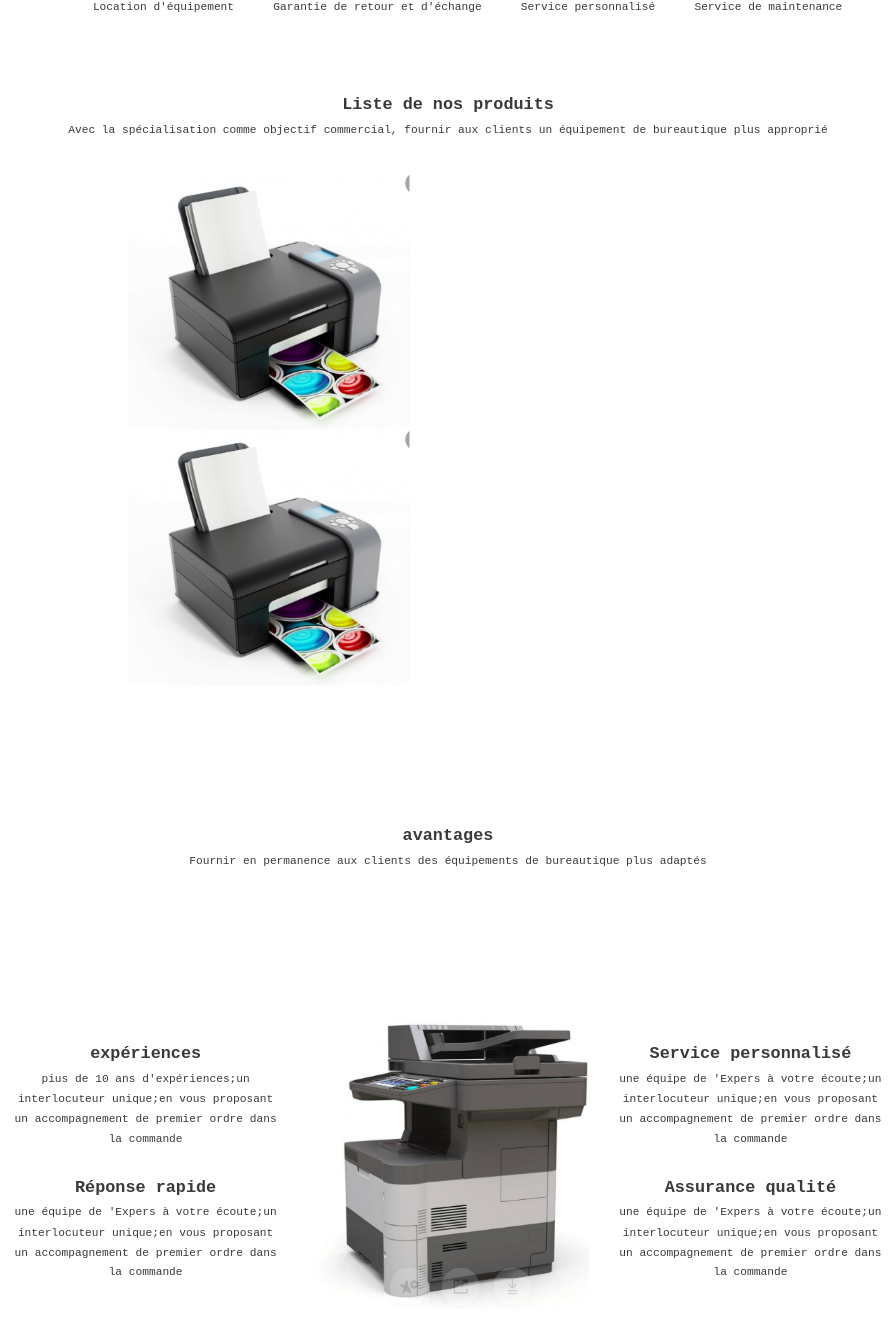
Repository: clairedupuich/sv_print
Page: index.html
These files come from the project's save history. The page is drawn as it stood at one moment and after a run of saves; the edit follows.
The browser window is 1280 px wide. The pictures show the part of the page from y = 840 to 2760 px (the page is 4627 px tall before and 4695 px after), at 70% of full size.

Above is the page before, as saved 2020-12-02 23:03:13.
Console error: TypeError: Cannot read properties of null (reading 'appendChild')

### index.html
<!doctype html>
<html>
<head>
  <meta charset="utf-8">
  <meta name="viewport"
        content="width=device-width, initial-scale=1, user-scalable=no">
<title>SV Print</title>

<link href="style.css" rel="stylesheet" type="text/css">
<script src="print.js" type="text/javascript"></script>
</head>
<body>
<header id="fh5co-header">




  <div class="logo_nav"id="logo_nav">
    <img src="img/logo4.png" alt="SV Print" class="logo" />
     <div class="nav_tele">
      <div class="tel">
        <img src="img/call.png" class="margin-small-right"
        alt="" />tele graduite：0606060606</div>
    <ul class="nav nav-menu nav-inline nav-split nav-right text-big">
      <li id="liHome" class="home"> <a href="">ACCEUILLE</a></li>
      <li id="liabout-us" class="dropdown"><a href="">QUI SOMME NOUS</a></li>
      <li id="liproducts" class="dropdown"><a href="">ECOLOGIE</a></li>
      <li class="side_nav1" id="cat1"><a href="">POURQUOI NOUS</a></li>
      <li class="side_nav1" id="cat2"><a href="">CONSEILS ET ASTUCES</a></li>
    </ul>
    </div>
  </div>
</header>



    <div id="view">
      <ul id="img_list">
        <li id="slider1" class="owl-item"><img src="img/img_slider_1.png" class="img_slider" alt=""></li>
        <ul class="boutton_change">
          <a href="#slider5"><li><b> < </b></li></a>
          <a href="#slider2"><li><b> > </b></li></a>
        </ul>
        <li id="slider2" class="owl-item"><img src="img/Group 4.png" alt="" class="img_slider"></li>
        <ul class="boutton_change">
          <a href="#slider1"><li><b> < </b></li></a>
          <a href="#slider3"><li><b> > </b></li></a>
        </ul>
        <li id="slider3" class="owl-item"><img src="img/img_slider_31.png" alt="" class="img_slider"></li>
        <ul class="boutton_change">
          <a href="#slider2"><li><b> < </b></li></a>
          <a href="#slider4"><li><b> > </b></li></a>
        </ul>
        <li id="slider4" class="owl-item"><img src="img/promo.png" alt="" class="img_slider"></li>
        <ul class="boutton_change">
          <a href="#slider3"><li><b> < </b></li></a>
          <a href="#slider4"><li><b> > </b></li></a>
        </ul>
      </ul>
    </div>

<div class="blankbig"></div>
<!-- 临时图片 -->
<div class="img_big">
  <h3>Notre philosophie</h3>
  <p>"Ne vous plaignez jamais du client à caractère difficile car il est la caust de vos progrès"<br><br>Auguste Detoeuf</p>
</div>



<div id="fh5co-about-us">
  <div class="container">

				<div class="line-big">
					<div class="text-center">

							<div class="media-img"><img src="img/webdesign_1.png" alt="" /></div>
							<p class="padding-big-top">Location d'équipement</p>

					</div>
					<div class="text-center">

							<div class="media-img"><img src="img/webdesign_2.png" alt="" /></div>
							<p class="padding-big-top">
                Garantie de retour et d'échange<br /></p>

					</div>

					<div class="text-center">
							<div class="media-img"><img src="img/webdesign_3.png" alt="" /></div>
							<p class="padding-big-top">Service personnalisé</p>

					</div>
					<div class="text-center">

							<div class="media-img"><img src="img/webdesign_4.png" alt="" /></div>
							<p class="padding-big-top">
                Service de maintenance</p>

					</div>
				</div>
			</div></div>
<div class="blankbig"></div>
<div id="fh5co-content_show">
  <div class="container">
    <div class="line">
        <h2 class="full-screen-en-title">Liste de nos produits</h2>
        <p class="text-big padding-big-top">Avec la spécialisation comme objectif commercial, fournir aux clients un
          équipement de bureautique plus approprié</p>
    </div>


  <img src="img/Capture d’écran du 2020-11-30 22-51-18.png" alt="" class="produit_list">
  <div class="absolut">
    <p></p>
  </div>
  <img src="img/Capture d’écran du 2020-11-30 22-51-18.png" alt="" class="produit_list">
  <div class="absolut">
    <p></p>

</div>

<!-- 优势 -->

					<div class="avantages">
						<h2 class="full-screen-en-title"> avantages</h2>
						<p class="text-big padding-big-top">
              Fournir en permanence aux clients des équipements de bureautique plus adaptés</p>
					</div>
        <div class="avantages_contente">
          <div class="text_left">
            <div class="text1">
            <h3>expériences</h3>
            <p>pius de 10 ans d'expériences;un interlocuteur unique;en vous proposant un accompagnement de premier ordre dans la commande</p>
            </div>
            <div class="text2">
              <h3>Réponse rapide</h3>
              <p>une équipe de 'Expers à votre écoute;un interlocuteur unique;en vous proposant un accompagnement de premier ordre dans la commande</p>
            </div>
          </div>
          <div><img src="img/Capture d’écran du 2020-11-30 22-49-31.png"></div>
          <div class="text_right">
            <div class="text3">
              <h3>
                Service personnalisé</h3>
              <p>une équipe de 'Expers à votre écoute;un interlocuteur unique;en vous proposant un accompagnement de premier ordre dans la commande</p>
            </div>
            <div class="text4">
              <h3>Assurance qualité</h3>
                <p>une équipe de 'Expers à votre écoute;un interlocuteur unique;en vous proposant un accompagnement de premier ordre dans la commande</p>

            </div>
          </div>
        </div>






<!-- 客户案例 -->
						<div class="x12 text-center padding-top">
							<h2 class="full-screen-en-title">Cas client</h2>
							<p class="text-big padding-big-top margin-large-bottom">on est plus professionnel car on est assez concentré!</p>
						</div>
					<div class="client_logo">
            <img src="img/saint-louis-recouvrement.jpg.webp" alt="" class="logo_client">
            <img src="img/levis.jpg.webp" alt="" class="logo_client">
            <img src=" img/technigaz.jpg.webp" alt="" class="logo_client">
            <img src="img/xia.jpg.webp" alt="" class="logo_client">
            <img src="img/xia.jpg.webp" alt="" class="logo_client">
            <img src="img/xia.jpg.webp" alt="" class="logo_client">
          </div>





<!-- 应用领域 -->
					<div class="text-domaines">
            <h2 class="full-screen-en-title">Champ d'application</h2>
            <p>Nos clients sont dans de nombreux domaines</p>
						<img src="img/img_bottom.png" alt="">

					</div>


          <!-- 服务范围覆盖 -->

					<div class="Couverture">
						<h2 class="full-screen-en-title">Couverture de service</h2>
						<p class="text-big padding-big-top">Nous rendons services à Anzin, Valenciennes,lille et ses alentours</p>
          </div>


          <footer>
            <div class="textFooterC">
                <div class="texFooter">
                    <a href="" class="textFooterEle">Ecologiite</a>
                    <a href="" class="textFooterEle">Qui sommes-nous ? </a>
                    <a href="" class="textFooterEle">Pourquoi Nous</a>
                    <a href="" class="textFooterEle">Conseils Et Astuces</a>

                </div>
                <div class="texFooter1 icon_footer">
                  <img src="img/Vector 1.png" alt="" class="iconFooter">
                  <img src="img/Vector2.png" alt="" class="iconFooter">
                  <img src="img/Vector 3.png" alt="" class="iconFooter">
                </div>
                <div class="texFooter">
                    <a href="" class="textFooterEle">Mentions légales</a>
                    <a href="" class="textFooterEle">Conditions générales d’utilisation</a>
                    <a href="" class="textFooterEle">Conditions générales de vente</a>
                </div>
            </div>
            <a href="#logo_nav" class="return_top">^</a>
        </footer>
				</body>
</html>

### style.css
/* 主要部分 style.css */
* {
    margin: 0;
    padding: 0;
    list-style: none;
    text-decoration: none;
}

body {
    font-family: 'Courier New', Courier, monospace;
    font-size: 16px;
    line-height: 1.8;
    color: #3a3939;
    background: #FFF;
    height: 100%;

}

a:hover {
    text-decoration: none;
}


h1,
h2,
h3,
h4 {
    text-align: center;
    font-size: 1.5em;
    font-weight: bolder;
}
.logo {
    width: 12%;
    min-width: 4em;
    height: 12%;
    min-width: 4em;
}
.nav_tele {
    margin-right: 2em;
}
.tel {
    display: block;
    margin-bottom: 1.5em;
    text-align: right;
    line-height: 20px;
    color: #808080;
    font-size: 14px
}

.tel img {
    vertical-align: middle;
}

.logo_nav {
    display: flex;
    flex-direction: row;
    flex-wrap: wrap;
    align-items: center;
    margin-top: 1em;
    justify-content: space-between;
}
.logo_nav ul {
    display: flex;
    flex-direction: row;
    flex-wrap: wrap;
    align-items: center;
    justify-content: space-around;
    list-style: none;

}
.logo_nav ul li a{
    margin-left: 2em;
    text-decoration: none;
    color: rgb(24, 22, 22);
    text-align: center;
}
.logo_nav ul li:hover {
     background-color: rgb(78, 120, 135);
     background-clip: content-box;

}
/* nav 结束 */

/* slider */

.img_slider {
    width: 100%;
    height: 45em;
    position: absolute;
}
#view {
    position: relative;
    width: 100%;
    overflow: hidden;
}
#view:after {
    content: '.';
    display: block;
    clear: both;
    height: 0;
    visibility: hidden;
  }
  #img_list {
    position: absolute;
    width: 100%;
  }
  #img_list li {
    float: left;
     width: 100%;
    height:46em;
  }
.blankbig {
    clear: both;
}


.boutton_change {
    display: flex;
    flex-direction: row;
    justify-content: space-around;
    cursor: pointer;
    padding: 2em 46% 0;
  }
  .boutton_change a {
    color: #000000;
    text-decoration: none;
  }
  .boutton_change a li {
    list-style: none;
  }

.container {
    display: flex;
    flex-direction: row;
    flex-wrap: wrap;
    align-items: center;
    justify-content: center;
    margin: 3.5em auto;
    text-align: center;
}
/* image replace */
.img_big {
    background-image: url(img/img_slider_31.png);
    background-position: center;
    background-repeat: no-repeat;
    background-size: cover;
    height: 19em;
    padding: 12em 2em 4em 30em;
    color: ivory;
}
.img_big p {
    padding-left: 17em;
    margin-top: 3em;
}
/* list de produit */
.line {
    margin: 3em auto;
}
.line-big {
    display: flex;
    flex-wrap: wrap;
    flex-direction: row;
    justify-content: space-between;
}
.text-center {
    margin-left: 3.5em;
}
.absolut {
    width: 40%;
    height: ;
}
/* 优势 */
.avantages {
    text-align: center;
    margin: 12em 3em;
}
.avantages_contente {
    display: flex;
    flex-direction: row;
    flex-wrap: wrap;
    align-items: center;
    justify-content: space-between;
    margin-bottom: 4em;
}
.text_left,
.text_right {
    width: 30%;
    min-width: 20em;
    text-align: center;
    margin: 0 1em;
}
.text1,
.text3 {
    margin-bottom: 2em;
}

/* 客户案例 */
.logo_client {
    margin: 2.5em;
    width: 19%;
}

/* 应用领域 */
.text-domaines {
    text-align: center;
    width: 100%;
    margin: 3em auto;
}
.text-domaines img {
    width: 100%;
    margin-top: 4em;
}
.Couverture {
    text-align: center;
    width: 100%;
}

/* footer commence */
footer {

    color: snow;
    margin-top: 8em;
    width: 100%;
    background-color: #031322;
    margin-bottom: 0;
}
.textFooterC {
    display: flex;
    flex-direction: row;
    flex-wrap: wrap;
    justify-content: space-around;
    padding-top: 3em;
    padding-bottom: 3em;
}
.texFooter {
    display: flex;
    flex-direction: column;
    line-height: 1.7em;

}

.textFooterEle {
    text-decoration: none;
    list-style: none;
    color: snow;
}
.iconsFooter {
    background-color: #0F4C81;
    text-align: center;
}
.iconFooter{
   padding: 0.9em;
}
.return_top {
    font-size: 3em;
    font-weight: bold;
    color: blanchedalmond;
    text-align: right;
    padding-bottom: 2em;
    margin-right: 2em;
    margin-bottom: -3em;
}

### print.js
/* for the slider */
var img_list = document.getElementById('img_list');
setInterval(function () {
    img_list.appendChild(img_list.firstChild);
}, 2500)

After the next 2 saves:
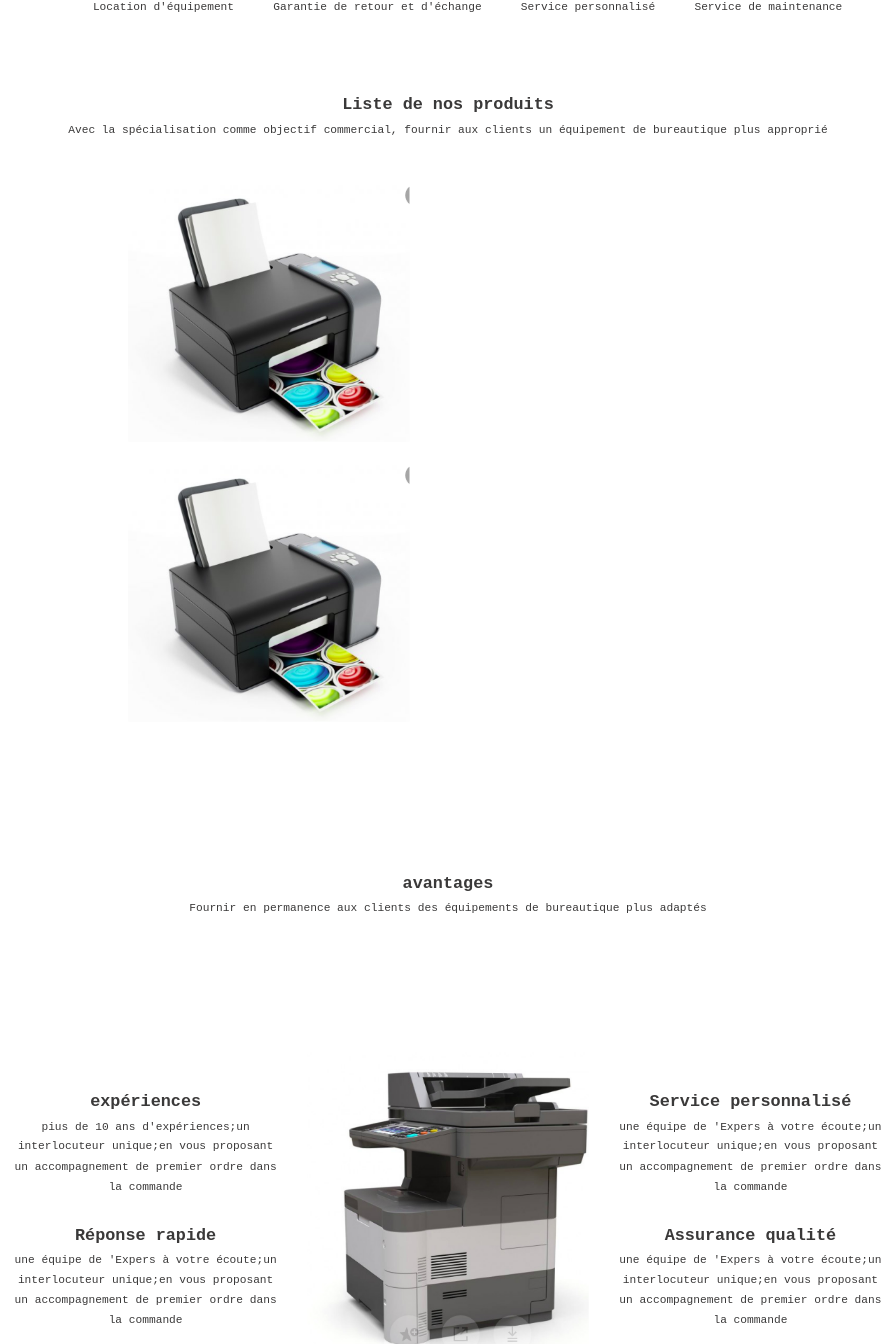
The 2 saves are shown as one change because they came seconds apart.
The last was saved 5 s later.
--- a/style.css
+++ b/style.css
@@ -167,7 +167,7 @@
 }
 .absolut {
     width: 40%;
-    height: ;
+    height: 25em;
 }
 /* 优势 */
 .avantages {
